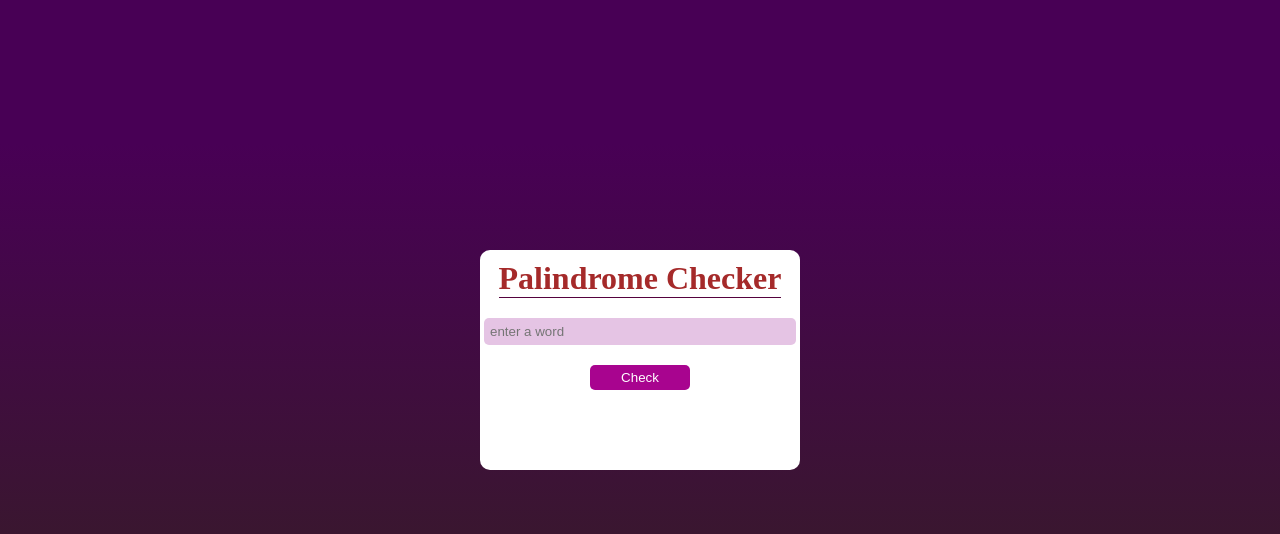
Repository: albinsabu2023/palindromeChecker
Page: index.html
An editor plug-in stored every save of this project. The page is shown before and after the next save, followed by the edit.
The browser window is 1280 px wide. The pictures show the whole page.

Above is the page before, as saved 2023-09-12 01:31:51.

### index.html
<!DOCTYPE html>
<html lang="en">
<head>
    <meta charset="UTF-8">
    <meta name="viewport" content="width=device-width, initial-scale=1.0">
    <title>Document</title>
    <link rel="stylesheet" href="style.css">
</head>
<body>
    <div class="container">
        <h1>Palindrome Checker</h1>
        <input type="text" id="inputText" placeholder="enter a word">
        <button id="checkButton">Check</button>
        <div id="result">

        </div>
    </div>
    <script src="home.js"></script>
</body>
</html>

### style.css
*{
    margin:0;

}
body{
    display: flex;
    align-items: center;
    justify-content: center;
    height: 100vh;
    background:linear-gradient(rgb(72, 0, 85) 20%, rgb(58, 22, 48) 74%) ;
}
.container{
    padding: 10px;
    margin: 10px;
    background-color: white;
    border-radius: 10px;
    display: flex;
    flex-direction: column ;
    align-items: center;
    /* justify-content: center; */
    gap: 20px;
    width: 300px;
    height: 200px;

}
.container h1{
    color: brown;
    border-bottom: 1px solid rgb(85, 2, 62);
}
.container input{
    background-color: rgb(170, 60, 165,30%);
    border-radius: 5px;
    padding: 6px;
    border:none;
    width: 100%;

}
.container input:focus{
    outline: none;
}
.container button{
    border: none;
    background-color: rgb(168, 4, 143);
    padding: 5px;
    width: 100px;
    border-radius: 5px;
    color: white;



}
.container button:hover{
    background-color: rgb(119, 29, 109);
}

Loaded but not shown: home.js (no copy from this time; the picture is the same without it)

After the next save:
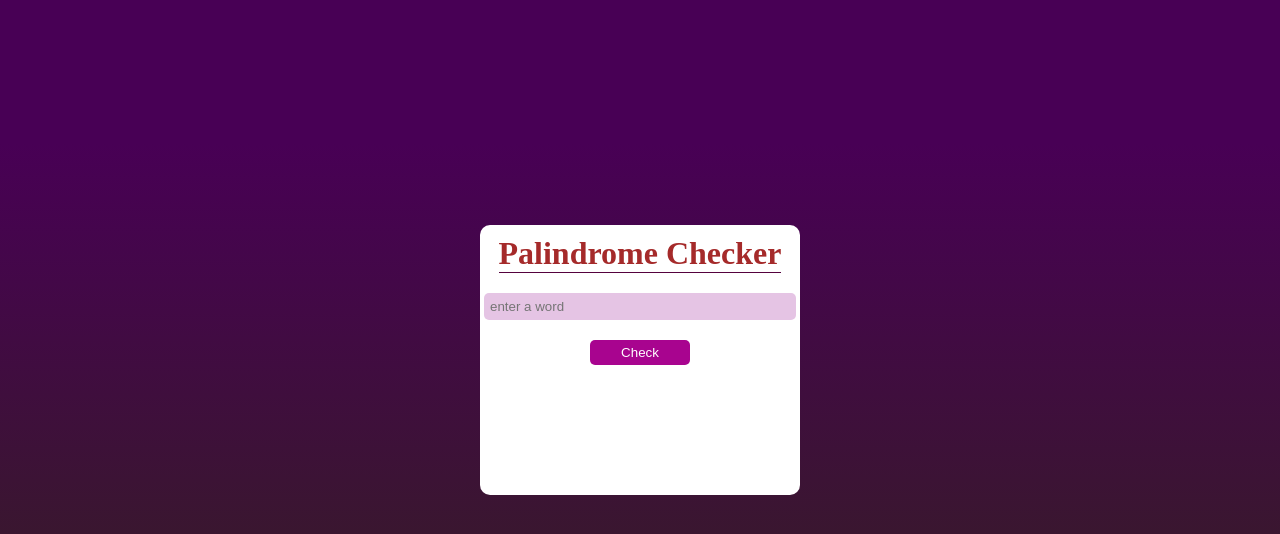
Saved 5 s later.
--- a/style.css
+++ b/style.css
@@ -20,7 +20,7 @@ body{
     /* justify-content: center; */
     gap: 20px;
     width: 300px;
-    height: 200px;
+    height: 250px;
 
 }
 .container h1{
